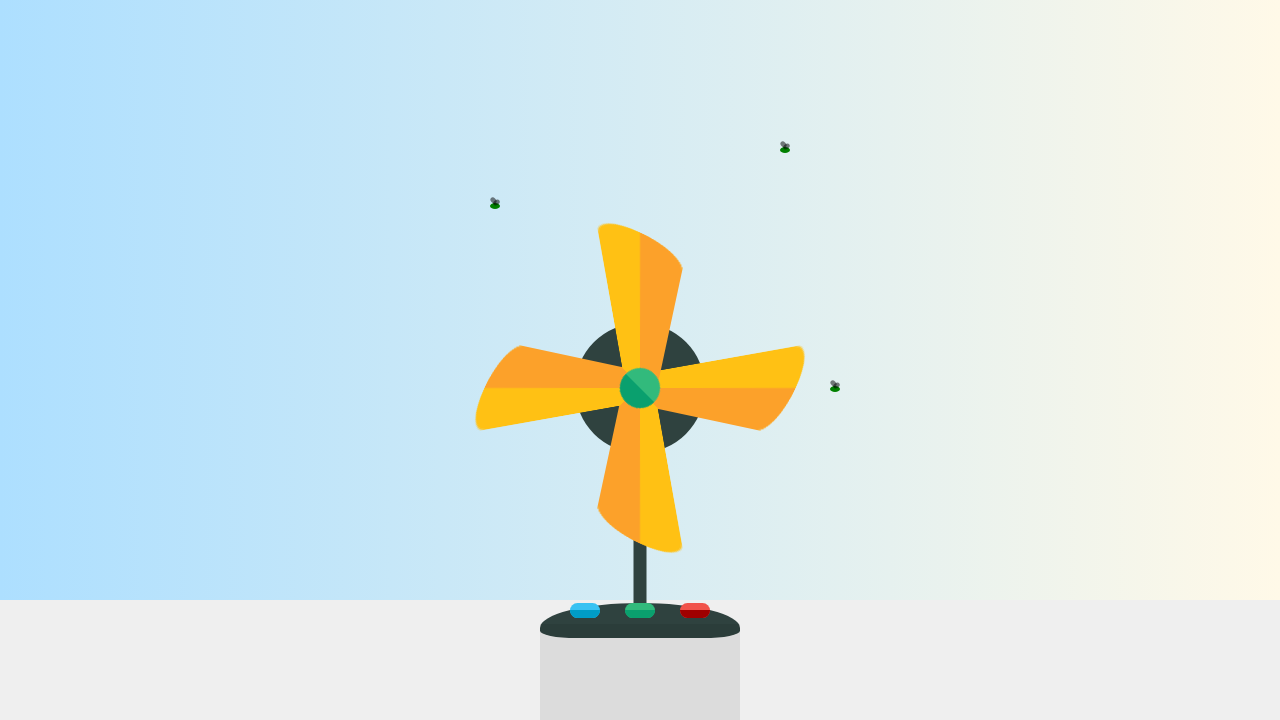
Repository: VuTuanAnh0949/CodeFan
Page: index.html
These files come from the project's save history. The page is drawn as it stood at one moment and after the next save; the edit follows.
The browser window is 1280 px wide. The pictures show the whole page.

Above is the page before, as saved 2022-06-21 14:31:12.

### index.html
<!DOCTYPE html>
<html lang="en">
<head>
    <meta charset="UTF-8">
    <meta http-equiv="X-UA-Compatible" content="IE=edge">
    <meta name="viewport" content="width=device-width, initial-scale=1.0">
    <title>Document</title>
    <link rel="stylesheet" href="style.css">
</head>
<body>
    <div class="windows">
        <div class="window"></div>

    </div>
    <div class="fan">
        <div class="fan__root"> <span class="top"> <label class="red" for="engine"></label> <label class="green"
                    for="engine2"></label> <label class="blue" for="jack"></label> </span> <span class="bottom"></span>
        </div>
        <div class="fan__staddle"></div> <input type="checkbox" id="jack" hidden />
        <div class="head">
            <div class="fan__engine"> <span class="center"></span> </div> <input type="checkbox" id="engine" hidden
                checked />
            <div> <span class="fly"></span> <span class="fly"></span> <span class="fly"></span>
                <div class="fan__blades"> <input type="checkbox" id="engine2" hidden checked />
                    <div class="fan__blades">
                        <div class="center"></div>
                        <div class="blade"><span></span></div>
                        <div class="blade"><span></span></div>
                        <div class="blade"><span></span></div>
                        <div class="blade"><span></span></div>
                    </div>
                </div>
            </div>
        </div>
    </div>

</body>
</html>

### style.css
html {
    overflow: hidden;
}

body {
    overflow: hidden;
    margin: 0;
    padding: 0;
    background: linear-gradient(90deg, #addfff, #fff9e8);
    display: flex;
    justify-content: center;
    align-items: center;
    width: 100vw;
    height: 100vh;
    position: relative;
}

body::after {
    position: absolute;
    width: 100%;
    content: "";
    height: calc(100% - 600px);
    z-index: 0;
    background: #efefef;
    bottom: 0;
}

@keyframes spin {
    from {
        transform: rotate(0deg);
    }

    to {
        transform: rotate(360deg);
    }
}

@keyframes off {
    to {
        transform: rotate(380deg);
    }
}

@keyframes off2 {
    to {
        transform: rotate(880deg);
    }
}

@keyframes fly {
    to {
        margin-top: 50px;
    }
}

span {
    display: block;
}

.windows {
    width: 100vw;
    height: 100vh;
    position: absolute;
    z-index: 0;
    top: 0;
    left: 0;
    display: flex;
    align-content: flex-start;
}


.fly {
    transition: 0.5s all cubic-bezier(0.04, 0.06, 0, 1.18), 1s transform;
    width: 10px;
    height: 6px;
    background: green;
    border-radius: 50%;
    position: absolute;
    animation: fly 5s alternate infinite ease-in-out;
}

.fly:nth-of-type(1) {
    top: -78px;
    left: -200px;
}

.fly:nth-of-type(2) {
    transform: translateY(-10px);
    animation-delay: 4s;
    top: 5px;
    right: -250px;
}

.fly:nth-of-type(3) {
    transform: translateY(0px);
    top: 400px;
    animation-delay: 2s;
    right: -400px;
}

.fly::after,
.fly::before {
    content: "";
    position: absolute;
    width: 7px;
    height: 5px;
    background-color: rgba(0, 0, 0, 0.5);
    display: block;
    border-radius: 50%;
}

.fly::before {
    bottom: 4px;
    transform: rotate(325deg);
    left: 3px;
}

.fly::after {
    transform: rotate(45deg);
    bottom: 6px;
}

.fan {
    width: 500px;
    height: 500px;
    position: relative;
    z-index: 1;
    margin-top: 75px;
    perspective: 500px;
}

.fan::after {
    content: "";
    display: block;
    position: absolute;
    height: 500px;
    width: 200px;
    background: rgba(0, 0, 0, 0.08);
    top: calc(100% - 24px);
    left: calc(50% - 100px);

}

.fan__root {
    width: 200px;
    position: absolute;
    bottom: 0;
    left: 50%;
    transform: translateX(-50%);
}

.fan__root .top {
    overflow: hidden;
    width: 200px;
    height: 25px;
    position: relative;
}

.fan__root .top::after {
    content: "";
    display: block;
    width: 200px;
    height: 50px;
    background: #2f423f;
    border-radius: 50%;
}

.fan__root .top .red {
    position: absolute;
    width: 30px;
    height: 15px;
    border-radius: 15px;
    display: block;
    right: 30px;
    background: #f15249;
    cursor: pointer;
    overflow: hidden;
}

.fan__root .top .green {
    position: absolute;
    width: 30px;
    height: 15px;
    border-radius: 15px;
    display: block;
    right: 85px;
    background: #32ba7c;
    cursor: pointer;
    overflow: hidden;
}

.fan__root .top .green::after {
    content: "";
    display: block;
    width: 100%;
    height: 50%;
    position: absolute;
    bottom: 0;
    background: #0aa06e;
}

.fan__root .top .red::after {
    content: "";
    display: block;
    width: 100%;
    height: 50%;
    position: absolute;
    bottom: 0;
    background: #a00000;
}

.fan__root .top .blue {
    position: absolute;
    cursor: pointer;
    width: 30px;
    height: 15px;
    border-radius: 15px;
    display: block;
    left: 30px;
    background: #3ac2f2;
    overflow: hidden;
}

.fan__root .top .blue::after {
    content: "";
    display: block;
    width: 100%;
    height: 50%;
    position: absolute;
    bottom: 0;
    background: #009cc6;
}

.fan__root .bottom {
    overflow: hidden;
    width: 200px;
    height: 20px;
}

.fan__root .bottom::after {
    content: "";
    display: block;
    width: 200px;
    height: 40px;
    background: #2f423f;
    border-radius: 18%;
    transform: translateY(-30px);
}

.fan__staddle {
    position: absolute;
    bottom: 45px;
    background: #2f423f;
    height: 270px;
    width: 13px;
    left: 50%;
    transform: translateX(-50%);
}

.fan__engine {
    position: absolute;
    bottom: 0px;
    width: 130px;
    height: 130px;
    background: #2f423f;
    border-radius: 50%;
    left: 50%;
    transform: translateX(-50%);
}

.fan__engine::after {
    content: "";
    background: #2f423f;
    display: block;
    width: 25px;
    height: 50px;
    position: absolute;
    top: 105px;
    left: 50%;
    transform: translateX(-50%);
    border-radius: 0 0 5px 5px;
}

.fan__blades {
    width: 230px;
    height: 230px;
    position: absolute;
    bottom: -50px;
    transition: 2s;
    transform-origin: center center;
    left: calc(50% - 115px);
    z-index: 1;
    animation: spin infinite 0.38s linear forwards;
}

.fan__blades .fan__blades {
    bottom: 0;
    animation: spin infinite 0.5s linear forwards;
}

.fan__blades .blade {
    position: absolute;
    width: 50px;
    height: 100%;
    left: 50%;
    transform: translateX(-50%) skewY(25deg);
    perspective: 500px;
    transform-style: preserve-3d;
}

.fan__blades .blade:nth-child(2) {
    transform: translateX(-50%) rotate(90deg) skewY(25deg);
}

.fan__blades .blade:nth-child(3) {
    transform: translateX(-50%) rotate(180deg) skewY(25deg);
}

.fan__blades .blade:nth-child(4) {
    transform: translateX(-50%) rotate(270deg) skewY(25deg);
}

.fan__blades .blade span {
    width: 100%;
    height: 200%;
    border-radius: 44px;
    background: #ffc114;
    position: absolute;
    top: -66px;
    display: block;
    transform-style: preserve-3d;
    transform: rotateX(81deg);
    overflow: hidden;
}

.fan__blades .blade span::after {
    width: 50%;
    height: 100%;
    content: "";
    display: block;
    background: #fca12a;
    transform: rotate(0deg);
}

.fan__blades .center {
    position: absolute;
    overflow: hidden;
    width: 40px;
    height: 40px;
    border-radius: 50%;
    left: 50%;
    top: 50%;
    transform: translate(-50%, -50%) rotate(45deg);
    background: #32ba7c;
    z-index: 2;
}

.fan__blades .center::after {
    display: block;
    content: "";
    width: 40px;
    height: 20px;
    background: #0aa06e;
}

.head {
    transition: 1s transform;
    height: auto;
    width: auto;
    position: absolute;
    width: 300px;
    height: 300px;
    bottom: 195px;
    left: calc(50% - 150px);
    /* transform: translateX(-50%); */
}

#engine:checked+div>div {
    animation: off2 1s ease-out forwards;
}

#engine:checked+div>span:nth-child(1) {
    transition: 5s all ease-in-out, 1s transform;
    left: 0px;
    top: 0px;
}

#engine:checked+div>span:nth-child(2) {
    transition: 5s all ease-in-out, 1s transform;
    right: 0px;
    top: 0px;
}

#engine:checked+div>span:nth-child(3) {
    transition: 7s all ease-in-out, 1s transform;
    right: -50px;
    top: 200px;
}

#engine2:checked+div {
    animation: off 1s ease-out forwards;
}

#jack:checked+div {
    transform: translateY(-115px);
}

#jack:checked+div>div:nth-child(3)>span {
    transform: translateY(115px);
}

After the next save:
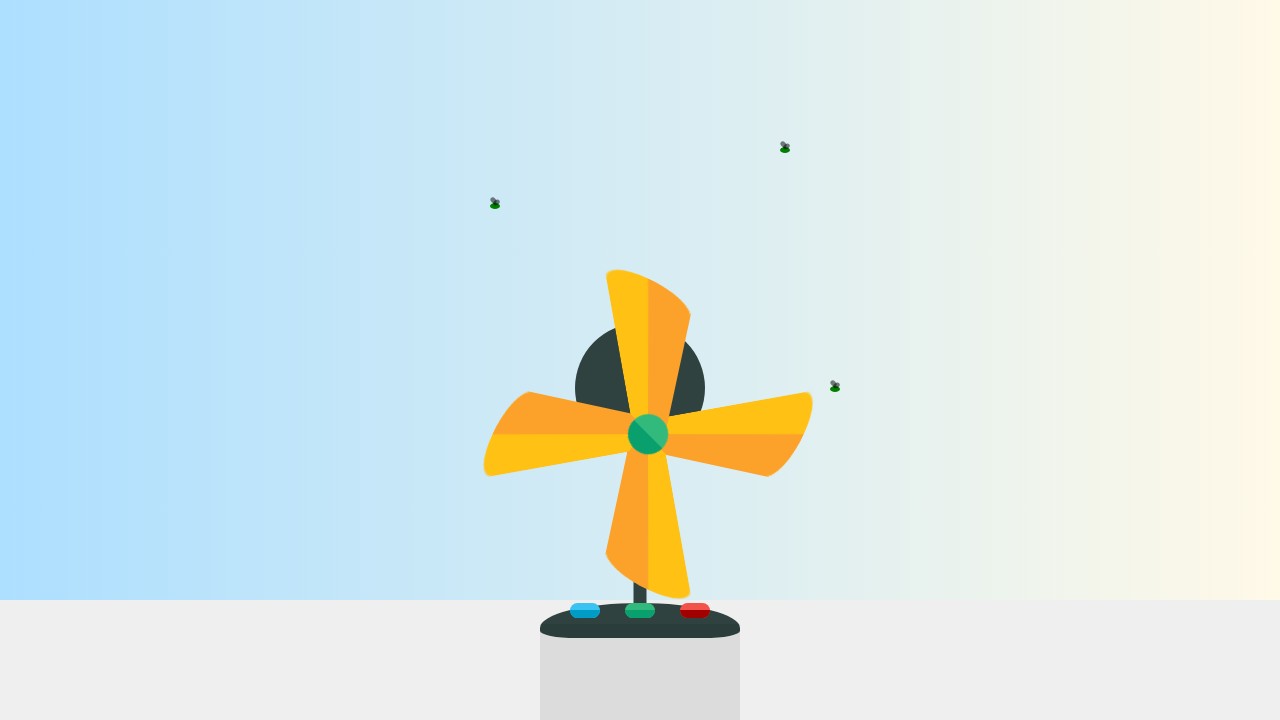
Saved 75 s later.
--- a/style.css
+++ b/style.css
@@ -282,7 +282,7 @@
 }
 
 .fan__blades {
-    width: 230px;
+    width: 500px;
     height: 230px;
     position: absolute;
     bottom: -50px;

After the save that followed:
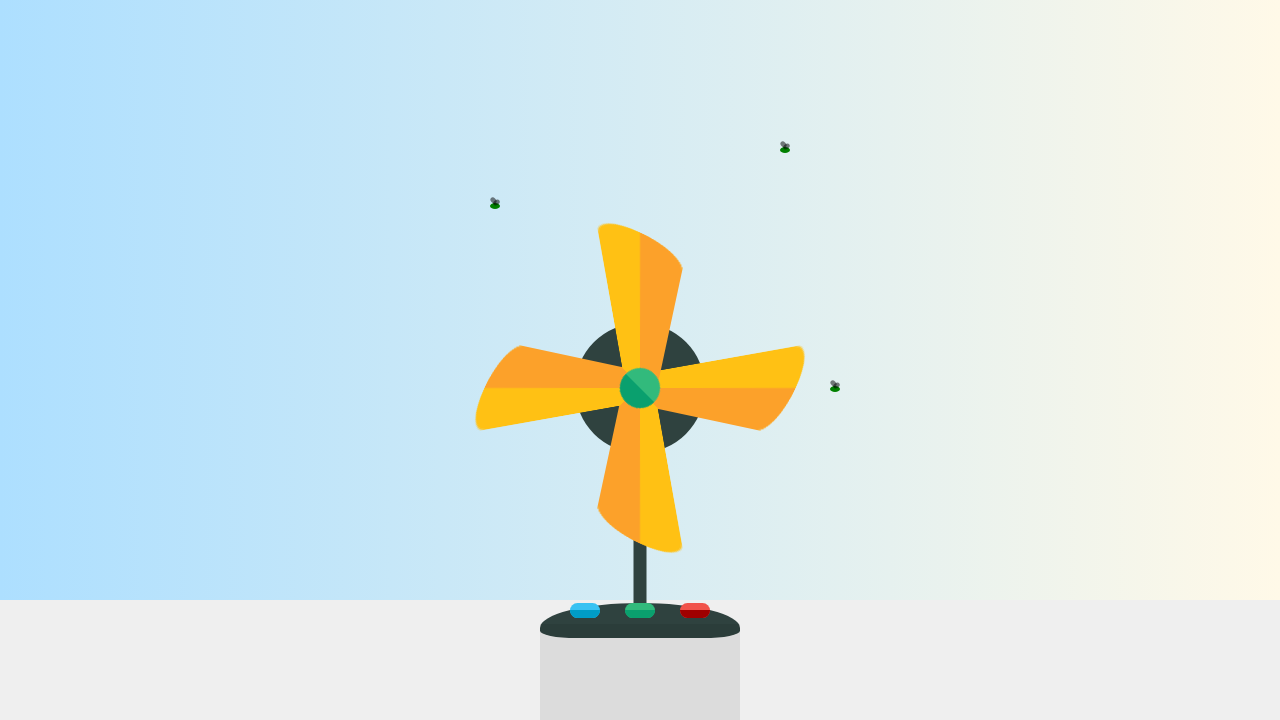
Saved 14 s later.
--- a/style.css
+++ b/style.css
@@ -282,7 +282,7 @@
 }
 
 .fan__blades {
-    width: 500px;
+    width: 230px;
     height: 230px;
     position: absolute;
     bottom: -50px;
